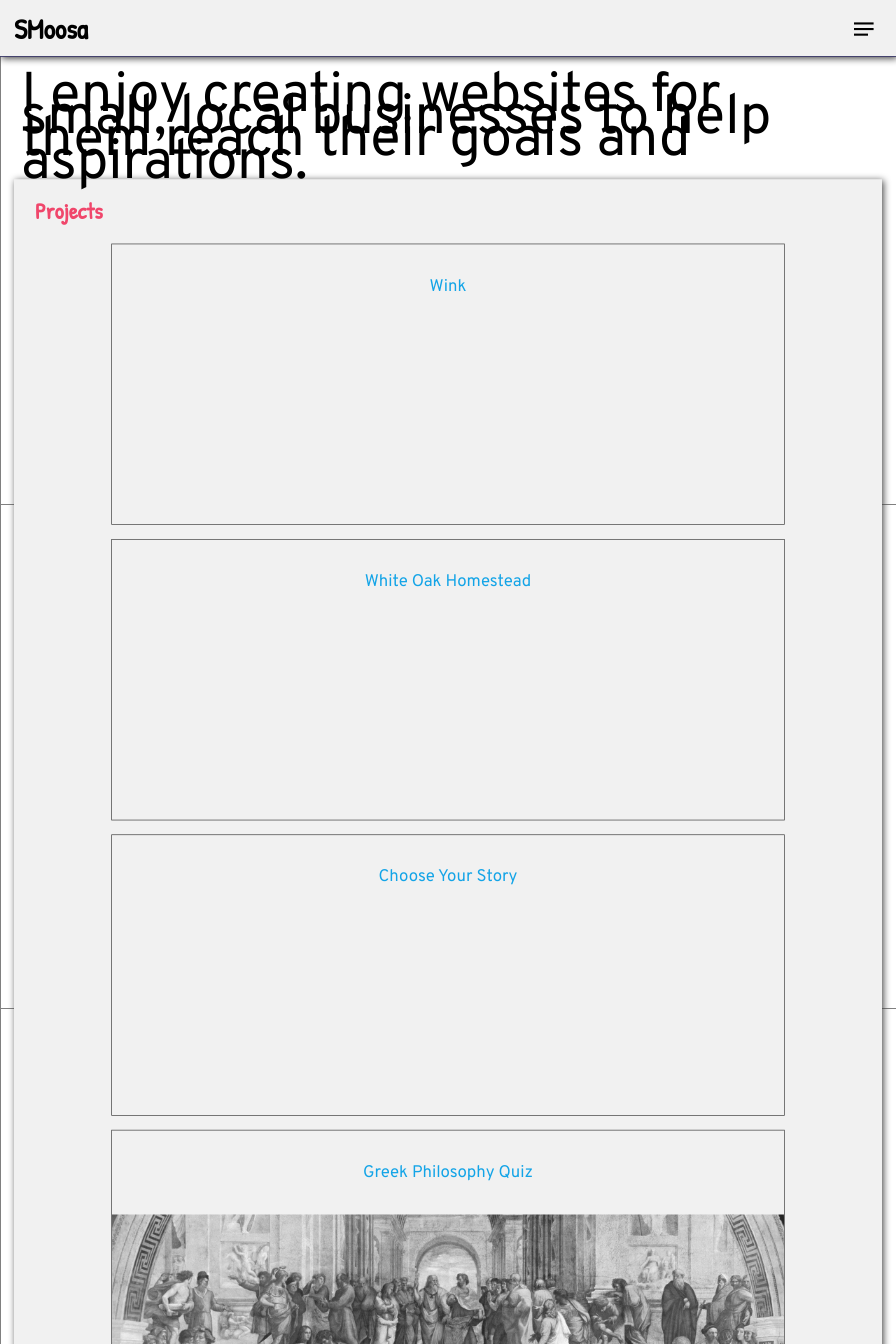
Repository: Sbethm/sarahmoosa
Page: index.html
The author's editor kept a copy of each file at every save. The page is drawn from the files as they stood at one save, then again after the next save.
The browser window is 1280 px wide. The pictures show the part of the page from y = 0 to 1920 px (the page is 2632 px tall), at 70% of full size.
Backgrounds fixed to the window are drawn as part of the page. Some web libraries are served in a nearby version. The style sheet was rebuilt from its Sass, Less or Tailwind sources for each picture, by a compiler version that may differ from the author's.

Above is the page before, as saved 2021-07-16 09:40:08.

### index.html
<!DOCTYPE html>
<html lang="en">
<head>
    <meta charset="UTF-8">
    <meta http-equiv="X-UA-Compatible" content="IE=edge">
    <meta name="viewport" content="width=device-width, initial-scale=1.0">
    <link rel="preconnect" href="https://fonts.googleapis.com">
<link rel="preconnect" href="https://fonts.gstatic.com" crossorigin>
<link href="https://fonts.googleapis.com/css2?family=Overpass:ital,wght@0,300;0,400;0,700;1,300;1,400;1,700&family=Patrick+Hand&display=swap" rel="stylesheet">
<!--HEADER FONT
    font-family: 'Patrick Hand', cursive;
    CONTENT FONT
    font-family: 'Overpass', sans-serif;
-->
<link rel="stylesheet" href="./dist/css/style.css">
<script src="https://kit.fontawesome.com/4348baf125.js" crossorigin="anonymous"></script>
    <title>SarahMoosa</title>
</head>
<body>
    <header>
        <h1 class="logo" id="logo">SMoosa</h1>
        <ul>
            <li>Her Projects</li>
            <li>Her Skills</li>
            <li>About Sarah</li>
            <li>Contact</li>
        </ul>
        <div class="hamburger">
            <span class="patty"></span>
        </div>
    </header>
    <main>
        <div class="welcome" id="welcome">
            <p>I enjoy creating websites for small, local businesses to help them reach their goals and aspirations.</p>
        </div>
        <section class="project--sect">
            <h2>Projects</h2>
            <div class="flex">
                <div class="project--box">
                    <p>Wink</p>
                    <div class="project--img wink"></div>
                    <i class="project--link"></i>
                    <i class="project--skills"></i>
                </div>
                <div class="project--box">
                    <p>White Oak Homestead</p>
                    <div class="project--img whiteoak"></div>
                    <i class="project--link"></i>
                    <i class="project--skills"></i>
                </div>
                <div class="project--box">
                    <p>Choose Your Story</p>
                    <div class="project--img chooseyourstory"></div>
                    <i class="project--link"></i>
                    <i class="project--skills"></i>
                </div>
                <div class="project--box">
                    <p>Greek Philosophy Quiz</p>
                    <div class="project--img greekphilo">
                        <img src="./img/bw-art-school-of-athens-1143741_1920 copy.jpeg" alt="background image from the website if you were a greek philosophy student">
                    </div>
                    <i class="project--link"></i>
                    <i class="project--skills"></i>
                </div>
            </div>
        </section>
        <section class="skills--sect">
            <h2>Skills</h2>
            <i class="fab fa-github"></i>
            <i class="fab fa-css3-alt"></i>
            <i class="fab fa-sass"></i>
            <i class="fab fa-js-square"></i>
            <i class="fab fa-react"></i>
        </section>
        <section class="about--sect">
            <h2>About Sarah</h2>
            <p>Hi there! My name is Sarah, and I am from Louisiana. I love learning about everything and I enjoy being creative. <!--I spent most of my life absorbing knowledge, drawing, and creating any crafty thing I could get my hands on. Several years ago, I found my greatest passion- language. I followed this passion to Japan where I taught English and studied Japanese.

            While in Japan, I was exploring how to share share my time in Japan online when I discovered web development. It started out as just a hobby, but it quickly grew into a driving desire to learn and create more.

            I have been teaching myself how to write and read code for websites. -->
            <div class="about--button">
                <span>To find out more</span>
                <link>
                    Click Here!
                </link>
            </div>
        </p>
        </section>
        <section class="contact--sect">
            <h2>Contact</h2>
            <div class="contact--icon--container">
                <i class="far fa-envelope"></i>
                <i class="fab fa-linkedin"></i>
                <i class="fab fa-github"></i>
            </div>
            <p>You can contact me by email or visit me on linkedin and github!</p>
        </section>
        <footer>
            <p>Hello!</p>
        </footer>
    </main>

</body>
</html>

### SCSS/style.scss
@import "./reset", "./variables";

/* Table of Contents
    1. Overall Styling (mobile, etc.)
        1.1 Header
        1.2 Welcome
        1.3 Projects
        1.4 Skills
        1.5 About
        1.6 Contact
        1.7 Footer
    2. Tablet Styling
        2.1 Landscape
            2.1.1 Header
            2.1.2 Welcome
            2.1.3 Projects
            2.1.4 Skills
            2.1.5 About
            2.1.6 Contact
            2.1.7 Footer
        2.2 Portrait
            2.2.1 Header
            2.2.2 Welcome
            2.2.3 Projects
            2.2.4 Skills
            2.2.5 About
            2.2.6 Contact
            2.2.7 Footer
    3. Computer Styling
        3.1 Header
        3.2 Welcome
        3.3 Projects
        3.4 Skills
        3.5 About
        3.6 Contact
        3.7 Footer
*/

//1. OVERALL STYLING
body {
    background-size: 40px 40px;
    background-image:
      linear-gradient(to right, grey 1px, transparent 1px),
      linear-gradient(to bottom, grey 1px, transparent 1px);
      background-attachment: fixed;
}

section {
    width: calc(100vw - 60px);
    margin: 20px;
    padding: 10px;
    background-color: $bgColorWhite;
    box-shadow: 2px 2px 10px 1px $accentColorShadow;
}

h2 {
    font-family: $accentFont;
    font-size: 2rem;
    color: $accentColorMaroon;
}

p {
    font-family: $contentFont;
    font-size: 1.4rem;
    line-height: 2rem;
}

i {
    margin: 10px;
    font-size: 5rem;
    color: $accentColorLightBlue;
}

    //1.1 HEADER
    header {
        height: 5rem;
        width: 100vw;
        display: block;
        position: fixed;
        top: 0;
        background-color: $bgColorWhite;
        border-bottom: 0.5px solid $accentColorDeepBlue;
        box-shadow: 2px 2px 10px 1px $accentColorShadow;
        overflow: hidden;
        z-index: 9;

        & h1 {
            font-family: $accentFont;
            font-size: $h1Size;
            padding: 1.25rem;
        }

        & .hamburger {
            position: absolute;
            top: 2em;
            right: 2em;
            z-index: 1;
            width: 28px;
            //@include transition-ease;

            & .patty {
            position: absolute;
            top: 0.5rem;
            right: 0;
            height: 3px;
            width: 28px;
            background: #000;
            //@include transition-ease;

                &::before {
                    content: '';
                    position: absolute;
                    top: -8px;
                    height: 3px;
                    width: 28px;
                    background: #000;
                    //@include transition-ease;
                }

                &::after{
                    content: '';
                    position: absolute;
                    top: 8px;
                    height: 3px;
                    width: 20px;
                    background: #000;
                    //@include transition-ease;
                }

                &.open {
                    transform: rotate(720deg);
                    background: transparent;

                    &::before {
                        transform: rotate(45deg) translate(5px, 8px);
                    }

                    &::after{
                        width: 28px;
                        transform: rotate(-45deg) translate(3px, -7px);
                    }
                }
            }
        }
    }

    //1.2 WELCOME
    .welcome {
        width: calc(100vw - 60px);
        margin: 0 30px;
        font-family: $contentFont;
        position: absolute;
        top: 7.6rem;

        & p {
            font-size: 5rem;
        }
    }

    //1.3 PROJECTS
    .project--sect {
        margin-top: 16rem;
        height: fit-content;

        & h2 {
            display: block;
            width: 100%;
            margin: 20px;
        }
    }

    .flex {
        display: flex;
        flex-direction: row;
        flex-wrap: wrap;
        justify-content: space-between;
    }

    .project--box {
        width: 75vw; //
        height: 25em;
        margin: 10px auto;
        background-color: $bgColorWhite;
        overflow: hidden;
        border: 1px solid $accentColorShadow;

        & p {
            width: 75vw;
            height: 5em;
            line-height: 5em;
            font-size: 1.5rem;
            color: $accentColorLightBlue;
            text-align: center;
        }

        & img {
            width: 75vw;
            height: 20em;
            object-fit: cover;
            object-position: 50% 80%;

        }
    }


    //1.5 ABOUT
    //.about--sect {}

    //1.7 FOOTER
    footer {
        width: 100vw;
        height: 5rem;
        position: absolute;
        background-color: $bgColorWhite;
        box-shadow: 2px 2px 10px 1px $accentColorShadow;
    }

//2. TABLET STYLING
    //2.1 LANDSCAPE
    @media only screen and (min-device-width : 768px) and (max-device-width : 1366px) and (orientation : landscape) {

    }

    //2.2 PORTRAIT
    @media only screen and (min-device-width : 768px) and (max-device-width : 1024px) and (orientation : portrait) {
    }

### SCSS/_variables.scss
/* Table of Contents
    1. Fonts
        1.1 Font Family
        1.2 Font Size
        1.2 Font Weight
    2. Colors
    3. Transitions
*/

//1. Fonts
    //1.1 Font Family
    $accentFont: 'Patrick Hand', cursive;
    $contentFont: 'Overpass', sans-serif;
    //1.2 Font Size
    $h1Size: 2.5rem;

//2. Colors
    //2.1 Background Colors
        $bgColorWhite: rgb(241, 241, 241);
        $bgColorBlue: rgb(10, 6, 68);

    //2.2 Accent Colors
        $accentColorDeepBlue: rgb(10, 6, 68);
        $accentColorLightBlue: rgb(19, 164, 231);
        $accentColorMaroon: rgb(240, 70, 107);
        $accentColorShadow: rgb(66, 66, 66);

//#. Transitions

Loaded but not shown: SCSS/_reset.scss (common file)

After the next save:
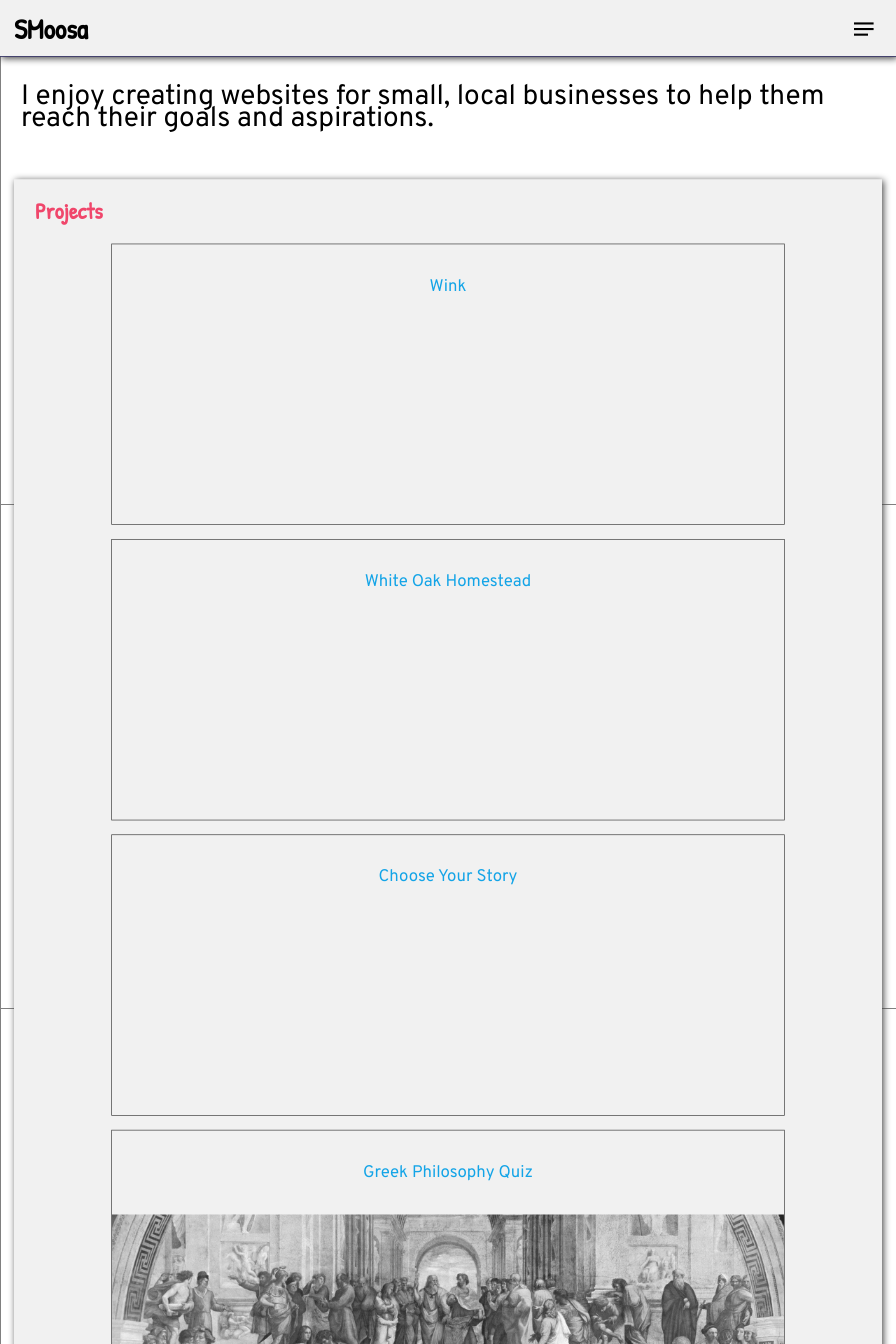
Saved 7 s later.
--- a/SCSS/style.scss
+++ b/SCSS/style.scss
@@ -153,7 +153,7 @@
         top: 7.6rem;
 
         & p {
-            font-size: 5rem;
+            font-size: 2.5rem;
         }
     }
 
